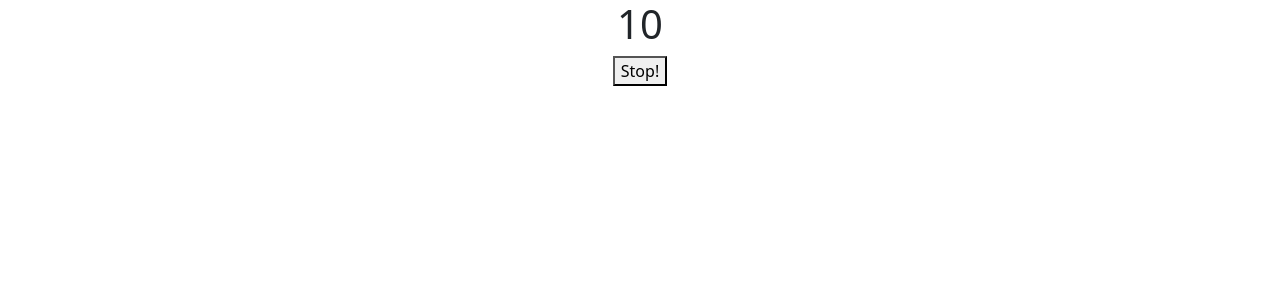
Repository: claudemarjean/React
Page: /
The author's editor kept a copy of each file at every save. The page is drawn from the files as they stood at one save, then again after a run of saves.
The browser window is 1280 px wide. The pictures show the whole page.
The project was rebuilt for these pictures with package versions that can differ from the ones it lists, and the page was loaded fresh each time.

Above is the page before, as saved 2023-07-08 16:47:11.

### src/index.css
body {
  margin: 0;
  font-family: -apple-system, BlinkMacSystemFont, 'Segoe UI', 'Roboto', 'Oxygen',
    'Ubuntu', 'Cantarell', 'Fira Sans', 'Droid Sans', 'Helvetica Neue',
    sans-serif;
  -webkit-font-smoothing: antialiased;
  -moz-osx-font-smoothing: grayscale;
}

code {
  font-family: source-code-pro, Menlo, Monaco, Consolas, 'Courier New',
    monospace;
}

input:focus{
  background-color: yellow;
}

### src/App.js
import React from "react";
import Input from "./components/Input";
import "./App.css"

function App(){
  return(
    <div className="App">
      <Input/>
    </div>
  );
}

export default App;

### src/components/Input.js
import React,{useRef, useState, useEffect} from "react";

function Input(){

    const[count, setCount] = useState(0);

    const setIntervalRef  = useRef();

    useEffect(()=>{
        setIntervalRef.current =  setInterval(()=>{
            setCount(prevCount =>{
                return prevCount + 1;
            })
        },1000)
    },[]);

    const stopIncrement = ()=>{
        clearInterval(setIntervalRef.current)
    }

    return(
        <div>
            <h1>{count}</h1>
            <button onClick={stopIncrement}>Stop!</button>
        </div>
    )
}

export default Input;

### src/App.css
.App {
  text-align: center;
}

.App-logo {
  height: 40vmin;
  pointer-events: none;
}

@media (prefers-reduced-motion: no-preference) {
  .App-logo {
    animation: App-logo-spin infinite 20s linear;
  }
}

.App-header {
  background-color: #282c34;
  min-height: 100vh;
  display: flex;
  flex-direction: column;
  align-items: center;
  justify-content: center;
  font-size: calc(10px + 2vmin);
  color: white;
}

.App-link {
  color: #61dafb;
}

@keyframes App-logo-spin {
  from {
    transform: rotate(0deg);
  }
  to {
    transform: rotate(360deg);
  }
}

h1{
    color: #282c34;
    margin-bottom: 0;
    margin-top: 80px;
    font-size: 60px;
    line-height: 65px;
    font-weight: 700;
}

.active{
  border-bottom: 4px solid #61DAFB;
}

.navbar{
  padding-bottom: 0;
}

### src/components/FancryInput.js
import React, {useState} from 'react'

const FancyInput = () =>{
    const[count, setCount] = useState(0);

    return (
        <div>
            <h1>{count}</h1>
            <input type="text" />
        </div>
    )
}

export default FancyInput;

Loaded but not shown: public/index.html (common file); src/index.js (common file); src/reportWebVitals.js (common file)

After the next 2 saves:
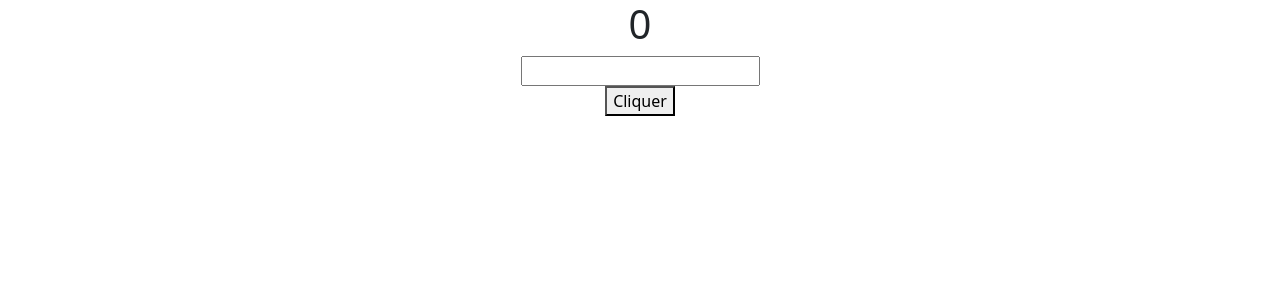
The 2 saves are shown as one change because 1 did not build or start.
The last was saved 73 s later.
--- a/src/App.js
+++ b/src/App.js
@@ -1,11 +1,12 @@
 import React from "react";
-import Input from "./components/Input";
+import FancyInput from "./components/FancryInput";
 import "./App.css"
 
 function App(){
   return(
     <div className="App">
-      <Input/>
+      <FancyInput />
+      <button>Cliquer</button>
     </div>
   );
 }
